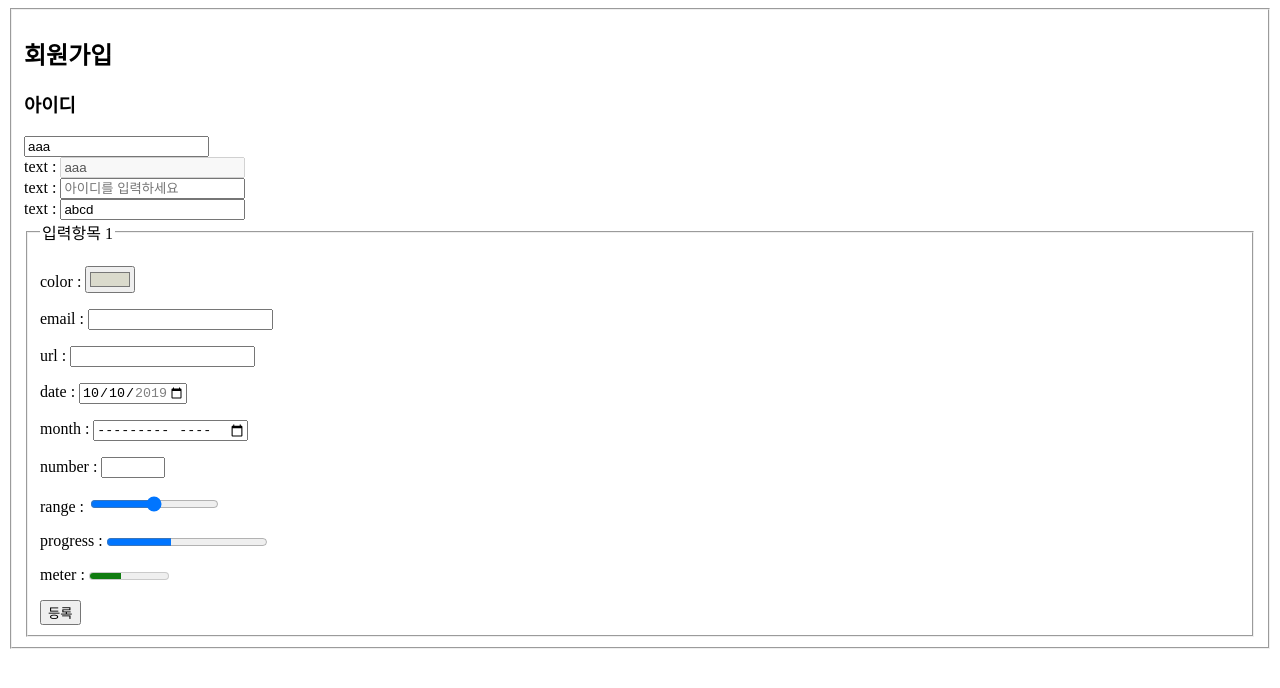
Repository: agheha/trillion
Page: YH/login/login.html
These files come from the project's save history. The page is drawn as it stood at one moment and after a run of saves; the edit follows.
The browser window is 1280 px wide. The pictures show the whole page.

Above is the page before, as saved 2019-09-02 20:12:29.

After the next 2 saves:
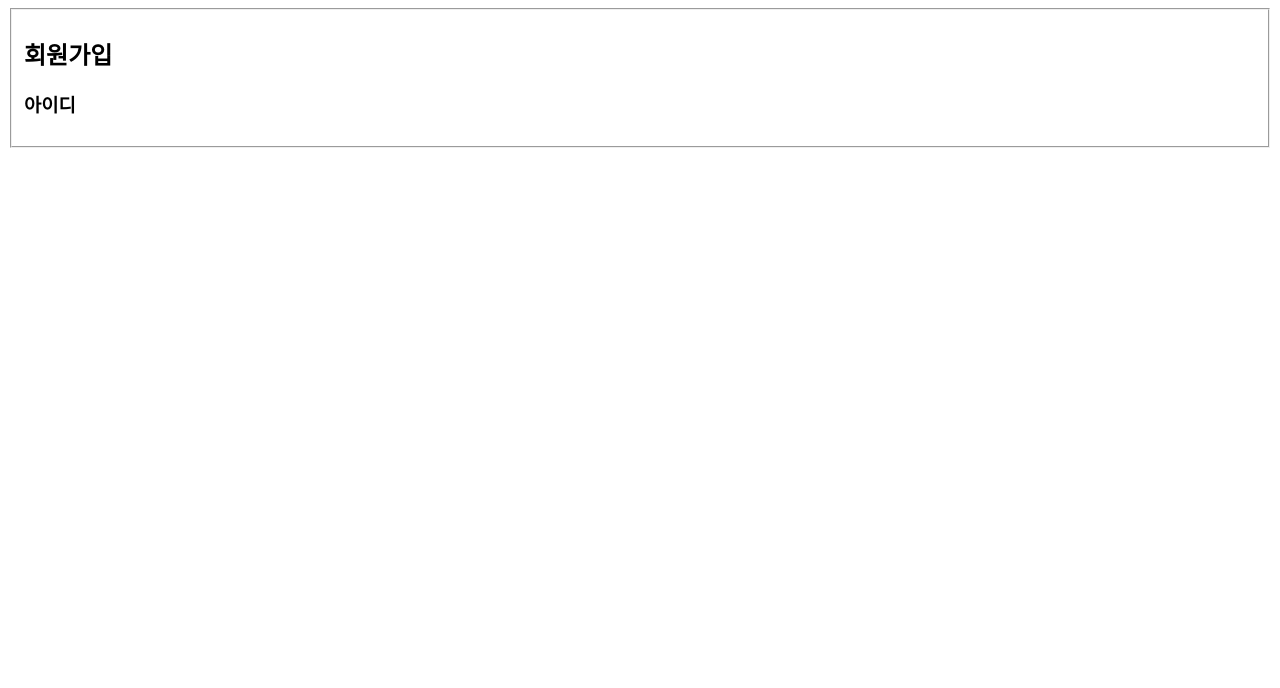
The 2 saves are shown as one change because they came seconds apart.
The last was saved 10 s later.
--- a/YH/login/login.html
+++ b/YH/login/login.html
@@ -21,81 +21,3 @@
     </form>
 </body>
 </html>
-
-
- <!-- form에 action을 지정하지 않을경우 자기 자신의 페이지를 호출
- <form>
-    <!-- 입력항목을 그룹으로 묶어서 표현 -->
-    <div>
-            text : <input type="text" name="msg" value="aaa" readonly>
-        </div>
-        <div>
-            text : <input type="text" name="msg" value="aaa" disabled>
-        </div>
-        <div>
-            text : <input type="text" name="msg" placeholder="아이디를 입력하세요">
-        </div>
-        <div>
-             text : <input type="text" name="msg" value="abcd">
-        </div>
-         <div>
-    <fieldset>
-        <legend>입력항목 1</legend>
-        <p>
-            color :
-            <input type="color" name="co" value="#dadacc">
-        </p>
-        <p>
-            <!--
-                required : 입력값이 필수로 입력되도록 체크
-
-                입력값에 @가 포함되어있는지 체크
-            -->
-            email :
-            <input type="email" name="email" required>
-        </p>
-        <p>
-            <!-- 입력값이 http:// 시작하는지 체크 -->
-            url :
-            <input type="url" name="url" >
-        </p>
-        <p>
-            date :
-            <input type="date" name="date"
-                   value="2019-10-10"
-                   min="2019-09-01" max="2019-10-20">
-        </p>
-        <p>
-            month :
-            <input type="month" name="month" >
-        </p>
-        </p>
-        <p>
-            number :
-            <input type="number" name="number"
-                   min="0"
-                   max="100" step="10"
-            >
-        </p>
-        <p>
-            range :
-            <input type="range" name="range"
-                   min="0"
-                   max="100" step="5"
-            >
-        </p>
-        <p>
-            progress :
-            <progress value="0.4" max="1"></progress>
-        </p>
-        <p>
-            meter :
-            <meter value="40" max="100"></meter>
-        </p>
-        <div>
-            <button>등록</button>
-        </div>
-    </fieldset>
-</form>
-</body>
-</html>
